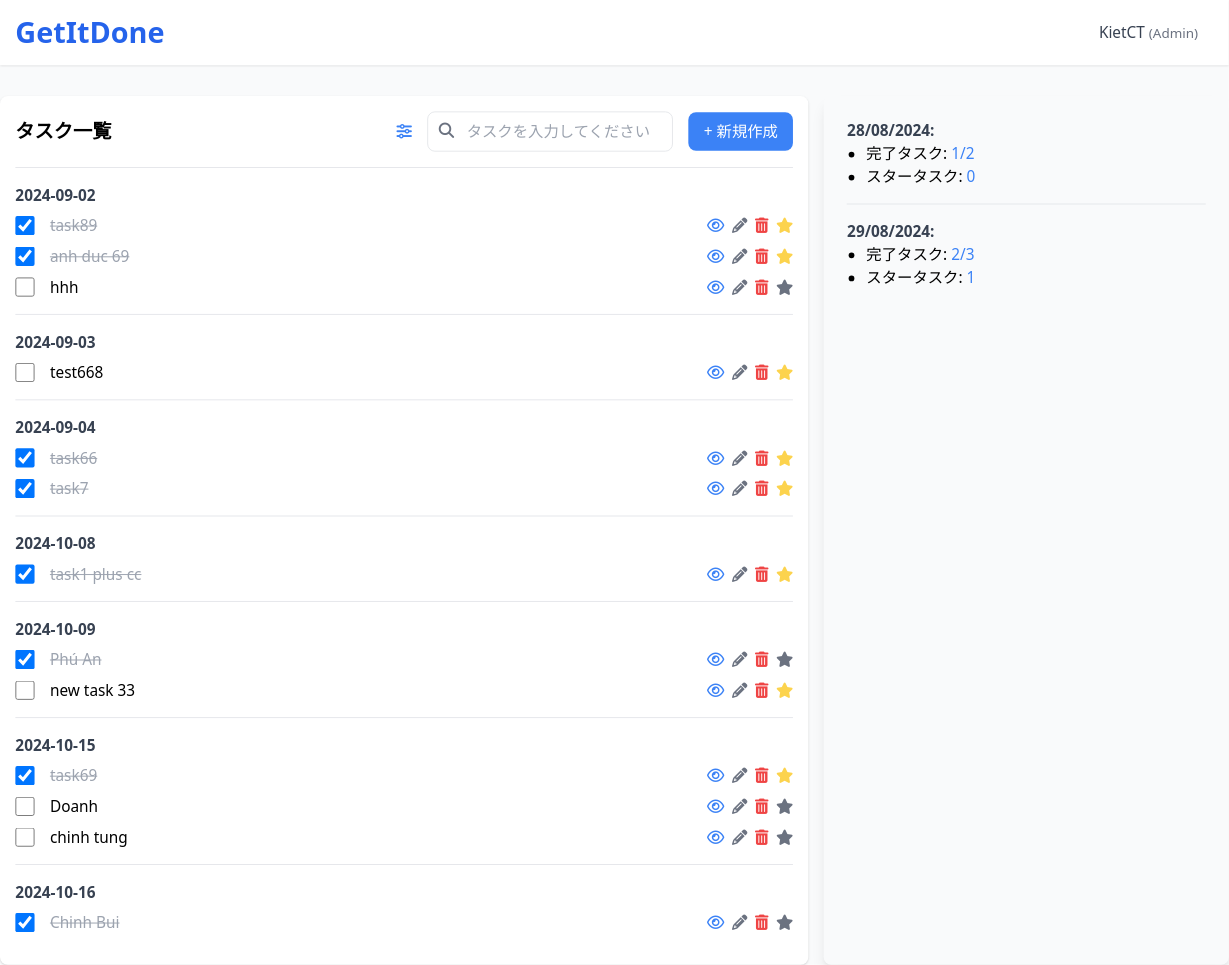
Repository: TuanAnhNguyen723/todolist
Page: http://localhost/mainscreen/mainscreen.php
These files come from the project's save history. The page is drawn as it stood at one moment and after the next save; the edit follows.
The browser window is 1280 px wide. The pictures show the whole page, at 96% of full size.
Some web libraries are served in a nearby version. The page is run by PHP 8.4 with error messages shown; the project is at /var/www/html/. The database holds what the project's SQL file puts in it.

Above is the page before, as saved 2024-10-02 13:01:45.

### mainscreen/mainscreen.php
<!DOCTYPE html>
<?php
include '../mainscreen/mainscreenController.php';
?>

<html lang="ja">
  <head>
    <meta charset="UTF-8" />
    <meta name="viewport" content="width=device-width, initial-scale=1.0" />
    <title>GetItDone Task List</title>
    <link
      href="https://cdn.jsdelivr.net/npm/tailwindcss@2.2.19/dist/tailwind.min.css"
      rel="stylesheet"
    />
    <link
      rel="stylesheet"
      href="https://cdnjs.cloudflare.com/ajax/libs/font-awesome/6.6.0/css/all.min.css"
    />

    <link href="./mainscreen.css">
    <script src="./mainscreen.js" defer></script>
  </head>
  <body class="bg-gray-50">
    <!-- Header Section -->
    <header class="bg-white shadow p-4 flex justify-between items-center">
      <div class="flex items-center">
        <h1 class="text-3xl font-bold text-blue-600">GetItDone</h1>
      </div>
      <div class="flex items-center">
        <span class="text-gray-700 mr-4"
          >KietCT <span class="text-sm text-gray-500">(Admin)</span></span
        >
      </div>
    </header>

    <!-- Main Section -->
    <main class="container mx-auto mt-8">
      <div class="flex justify-between">
        <!-- Task List -->
        <div class="w-2/3 bg-white p-4 shadow rounded-lg">
          <div class="flex justify-between items-center mb-4">
            <!-- Task List Title -->
            <h2 class="text-xl font-bold">タスク一覧</h2>

            <div class="flex items-center space-x-4">
              <!-- Filter Icon -->
              <button class="text-blue-500 hover:text-gray-700">
                <i class="fas fa-sliders-h"></i>
              </button>

              <!-- Search Input with Icon -->
              <div class="relative">
                <input
                  type="text"
                  class="border rounded-lg pl-10 pr-3 py-2 w-64"
                  placeholder="タスクを入力してください"
                />
                <!-- Search Icon -->
                <i
                  class="fas fa-search absolute left-3 top-3 text-gray-500"
                ></i>
              </div>

              <!-- New Task Button -->
              <button
                class="newtask bg-blue-500 text-white px-4 py-2 rounded-lg"
              >
                + 新規作成
              </button>
            </div>
          </div>

          <!-- Task Groups by Date -->
          <div class="task-container">
          <?php foreach ($tasks_by_date as $date => $tasks): ?>
            <div class="mb-4 border-t pt-4">
              <h3 class="font-bold text-gray-700"><?php echo htmlspecialchars($date); ?></h3>

              <?php foreach ($tasks as $task): ?>
                <div class="flex justify-between items-center space-x-4 my-2">
                  <div class="flex items-center space-x-4">
                    <input
                      type="checkbox"
                      class="form-checkbox h-5 w-5 toggle-complete"
                      data-task-id="<?php echo $task['task_id']; ?>"
                      <?php echo $task['checked'] ? 'checked' : ''; ?>
                    />
                    <span class="task-text <?php echo $task['checked'] ? 'line-through text-gray-400' : ''; ?>">
                      <?php echo htmlspecialchars($task['title']); ?>
                    </span>
                  </div>
                  <div class="flex space-x-2">
                    <!-- Nút xem chi tiết -->
                    <button class="text-blue-500 hover:text-blue-700">
                      <i class="fa fa-eye"></i>
                    </button>

                    <!-- Nút sửa -->
                    <button class="text-gray-500 hover:text-gray-700 edit-task-button" data-task-id="<?php echo $task['task_id']; ?>">
                      <i class="fa fa-pencil"></i>
                    </button>

                    <!-- Nút xóa -->
                    <form action="./mainscreenController.php" method="POST" style="display:inline;">
                      <input type="hidden" name="task_id" value="<?php echo $task['task_id']; ?>">
                      <button type="submit" name="delete_task" class="text-red-500 hover:text-red-700">
                        <i class="fa fa-trash"></i>
                      </button>
                    </form>

                    <!-- Nút ngôi sao với điều kiện -->
                    <button class="text-gray-500 hover:text-yellow-300 star-icon <?php echo $task['star'] ? 'text-yellow-300' : ''; ?>">
                      <i class="fa fa-star"></i>
                    </button>
                  </div>
                </div>
              <?php endforeach; ?>



            </div>
          <?php endforeach; ?>


          </div>
        </div>

        <!-- Task Completion Summary -->
        <div
          id="task-summary"
          class="w-1/3 bg-grey-900 p-6 rounded-lg shadow-lg ml-4"
        >
          <h3 class="font-bold text-gray-700">28/08/2024:</h3>
          <ul class="list-disc pl-5">
            <li>完了タスク: <span class="text-blue-500">1/2</span></li>
            <li>スタータスク: <span class="text-blue-500">0</span></li>
          </ul>

          <h3 class="font-bold text-gray-700 mt-4 border-t pt-4">
            29/08/2024:
          </h3>
          <ul class="list-disc pl-5">
            <li>完了タスク: <span class="text-blue-500">2/3</span></li>
            <li>スタータスク: <span class="text-blue-500">1</span></li>
          </ul>
        </div>

        <!-- Task Add Modal -->
        <div id="taskAddModal" class="fixed z-50 inset-0 overflow-y-auto hidden">
          <div class="flex items-center justify-center min-h-screen bg-black bg-opacity-50">
            <div class="relative bg-white w-96 p-6 rounded-lg shadow-lg">
              <!-- Close Button -->
              <button id="closeModal" class="absolute top-2 right-2 text-gray-500 hover:text-gray-700">
                <i class="fas fa-times"></i>
              </button>

              <!-- Modal Title -->
              <h2 class="text-2xl font-bold mb-4">タスク追加</h2>

              <!-- Form -->

              <form action="mainscreenController.php" method="POST">
                <!-- Task Title -->
                <input
                  name="title"
                  type="text"
                  placeholder="タイトルが入力してください"
                  class="title w-full border border-gray-300 p-2 rounded-lg mb-4"
                />

                <!-- Date Pickers -->
                <div class="flex justify-between space-x-4 mb-4">
                  <div class="w-1/2 relative">
                    <label for="time_start" class="sr-only">Start Date</label>
                    <input
                      type="date"
                      name="time_start"
                      class="w-full border border-gray-300 p-2 rounded-lg"
                    />
                  </div>
                  <div class="w-1/2 relative">
                    <label for="time_end" class="sr-only">End Date</label>
                    <input
                      type="date"
                      name="time_end"
                      class="w-full border border-gray-300 p-2 rounded-lg"
                    />
                  </div>
                </div>

                <!-- Task Description -->
                <textarea
                  name="description"
                  placeholder="ディスクリプが入力してください"
                  class="w-full border border-gray-300 p-2 rounded-lg mb-4"
                  rows="4"
                ></textarea>

                <!-- Buttons -->
                <div class="flex justify-between">
                  <button
                    type="submit"
                    class="bg-blue-500 text-white px-4 py-2 rounded-lg w-full mr-2"
                  >
                    作成
                  </button>
                  <button
                    type="button"
                    class="border border-blue-500 text-blue-500 px-4 py-2 rounded-lg w-full"
                    id="cancelButton"
                  >
                    キャンセル
                  </button>
                </div>
              </form>

            </div>
          </div>
        </div>

        <!-- Filter Modal -->
        <div
          id="filterModal"
          class="fixed inset-0 bg-black bg-opacity-30 flex justify-center items-center hidden"
        >
          <div class="bg-white p-6 rounded-lg shadow-lg w-80">
            <h2 class="text-xl font-bold mb-4">フィルターオプション</h2>

            <!-- Status Dropdown -->
            <div class="mb-4 relative">
              <label class="block text-gray-700 font-semibold"
                >ステータス</label
              >
              <button
                id="statusButton"
                class="bg-gray-200 border border-gray-300 p-2 w-full text-left rounded-lg flex justify-between items-center"
              >
                <span id="statusText">全ステータス</span>
                <i class="fas fa-chevron-down"></i>
              </button>

              <ul
                id="statusDropdown"
                class="absolute bg-white border border-gray-300 rounded-lg w-full hidden mt-1 z-10"
              >
                <li
                  class="p-2 hover:bg-blue-500 hover:text-white cursor-pointer"
                  data-value="全ステータス"
                >
                  全ステータス
                </li>
                <li
                  class="p-2 hover:bg-blue-500 hover:text-white cursor-pointer"
                  data-value="完了"
                >
                  完了
                </li>
                <li
                  class="p-2 hover:bg-blue-500 hover:text-white cursor-pointer"
                  data-value="未完了"
                >
                  未完了
                </li>
              </ul>
            </div>

            <!-- Date Picker -->
            <div class="flex items-center mb-4">
              <i class="fas fa-calendar mr-2"></i>
              <span>締め切り</span>
            </div>

            <!-- Star Task Checkbox -->
            <div class="flex items-center mb-4">
              <input type="checkbox" id="starTask" class="mr-2" />
              <label for="starTask">スタータスク</label>
            </div>

            <!-- Buttons -->
            <div class="flex justify-between">
              <button
                id="resetButton"
                class="bg-gray-300 text-gray-700 px-4 py-2 rounded-lg"
              >
                リセット
              </button>
              <button
                id="applyButton"
                class="bg-blue-500 text-white px-4 py-2 rounded-lg"
              >
                適用
              </button>
            </div>
          </div>
        </div>


     <!-- Modal chỉnh sửa task -->
      <div id="taskEditModal" class="fixed z-50 inset-0 overflow-y-auto hidden">
        <div class="flex items-center justify-center min-h-screen bg-black bg-opacity-50">
          <div class="relative bg-white w-96 p-6 rounded-lg shadow-lg">
            <!-- Close Button -->
            <button id="closeEditModal" class="absolute top-2 right-2 text-gray-500 hover:text-gray-700">
              <i class="fas fa-times"></i>
            </button>



            <!-- Modal Content -->
            <h2 class="text-2xl font-bold mb-4">タスク編集</h2>
            <!-- Form -->
            <form id="editTaskForm" action="mainscreenController.php" method="POST">
              <!-- Task ID (ẩn) để biết nhiệm vụ nào cần chỉnh sửa -->
              <input type="hidden" name="edit_task_id" value="">

              <!-- Task Title -->
              <input name="edit_title" type="text" placeholder="タイトルを入力してください" class="edit-title w-full border border-gray-300 p-2 rounded-lg mb-4" />

              <!-- Date Pickers -->
              <div class="flex justify-between space-x-4 mb-4">
                <div class="w-1/2 relative">
                  <label for="edit_time_start" class="sr-only">Start Date</label>
                  <input type="date" name="edit_time_start" class="edit-time-start w-full border border-gray-300 p-2 rounded-lg" />
                </div>
                <div class="w-1/2 relative">
                  <label for="edit_time_end" class="sr-only">End Date</label>
                  <input type="date" name="edit_time_end" class="edit-time-end w-full border border-gray-300 p-2 rounded-lg" />
                </div>
              </div>

              <!-- Task Description -->
              <textarea name="edit_description" placeholder="ディスクリプションを入力してください" class="edit-description w-full border border-gray-300 p-2 rounded-lg mb-4" rows="4"></textarea>

              <!-- Buttons -->
              <div class="flex justify-between">
                <button id="saveEditButton" class="bg-blue-500 text-white px-4 py-2 rounded-lg w-full mr-2">
                  保存
                </button>
                <button type="button" class="border border-blue-500 text-blue-500 px-4 py-2 rounded-lg w-full" id="cancelEditButton">
                  キャンセル
                </button>
              </div>
            </form>
          </div>
        </div>
      </div>

      </div>
    </main>

    <!-- Icons FontAwesome -->
    <script src="https://kit.fontawesome.com/a076d05399.js"></script>
  </body>
</html>

### config.php
<?php
define('DB_SERVER', 'localhost');
define('DB_USERNAME', 'root');
define('DB_PASSWORD', '');
define('DB_NAME', 'todolistdb');

$conn = mysqli_connect(DB_SERVER, DB_USERNAME, DB_PASSWORD, DB_NAME);



if($conn === false){
    die("ERROR: Could not connect. " . mysqli_connect_error());
}
?>

### todolistdb.sql (the tables this page reads)
CREATE TABLE `task` (
  `task_id` int(11) NOT NULL,
  `title` varchar(255) NOT NULL,
  `description` varchar(255) NOT NULL,
  `time_start` date NOT NULL,
  `time_end` date NOT NULL,
  `checked` tinyint(1) NOT NULL,
  `user_id` varchar(10) NOT NULL,
  `grouptask_id` varchar(10) NOT NULL,
  `star` tinyint(1) NOT NULL
) ENGINE=InnoDB DEFAULT CHARSET=utf8mb4 COLLATE=utf8mb4_general_ci;

INSERT INTO `task` (`task_id`, `title`, `description`, `time_start`, `time_end`, `checked`, `user_id`, `grouptask_id`, `star`) VALUES
(26, 'task89', 'test89', '2024-09-02', '2024-09-11', 1, 'some_user_', 'some_group', 1),
(28, 'task1 plus  cc', 'test1 plus cc', '2024-10-08', '2024-09-10', 1, 'some_user_', 'some_group', 1),
(30, 'task66', 'test66', '2024-09-04', '2024-09-13', 1, 'some_user_', 'some_group', 1),
(36, 'task69', 'test69\r\n', '2024-10-15', '2024-10-17', 1, 'some_user_', 'some_group', 1),
(38, 'task7', 'test7', '2024-09-04', '2024-10-15', 1, 'some_user_', 'some_group', 1),
(42, 'Doanh', 'đần', '2024-10-15', '2024-10-14', 0, 'some_user_', 'some_group', 0),
(46, 'Phú An', 'An ', '2024-10-09', '2024-10-14', 1, 'some_user_', 'some_group', 0),
(56, 'Chinh Bui', 'tft', '2024-10-16', '2024-10-21', 1, 'some_user_', 'some_group', 0),
(58, '              anh duc 69            ', 'anh duc 69', '2024-09-02', '2024-10-08', 1, 'some_user_', 'some_group', 1),
(59, '                            test668                        ', 'test668', '2024-09-03', '2024-10-08', 0, 'some_user_', 'some_group', 1),
(61, 'chinh tung', 'tung chinh', '2024-10-15', '2024-10-08', 0, 'some_user_', 'some_group', 0),
(62, 'new task 33', 'new test 3 3', '2024-10-09', '2024-10-11', 0, 'some_user_', 'some_group', 1),
(63, 'hhh', 'hhh', '2024-09-02', '2024-10-07', 0, 'some_user_', 'some_group', 0);

ALTER TABLE `task`
  ADD PRIMARY KEY (`task_id`);

ALTER TABLE `task`
  MODIFY `task_id` int(11) NOT NULL AUTO_INCREMENT, AUTO_INCREMENT=64;

Loaded but not shown: mainscreen/mainscreen.js (298 lines, source omitted); mainscreen/mainscreenController.php (196 lines, source omitted)

After the next save:
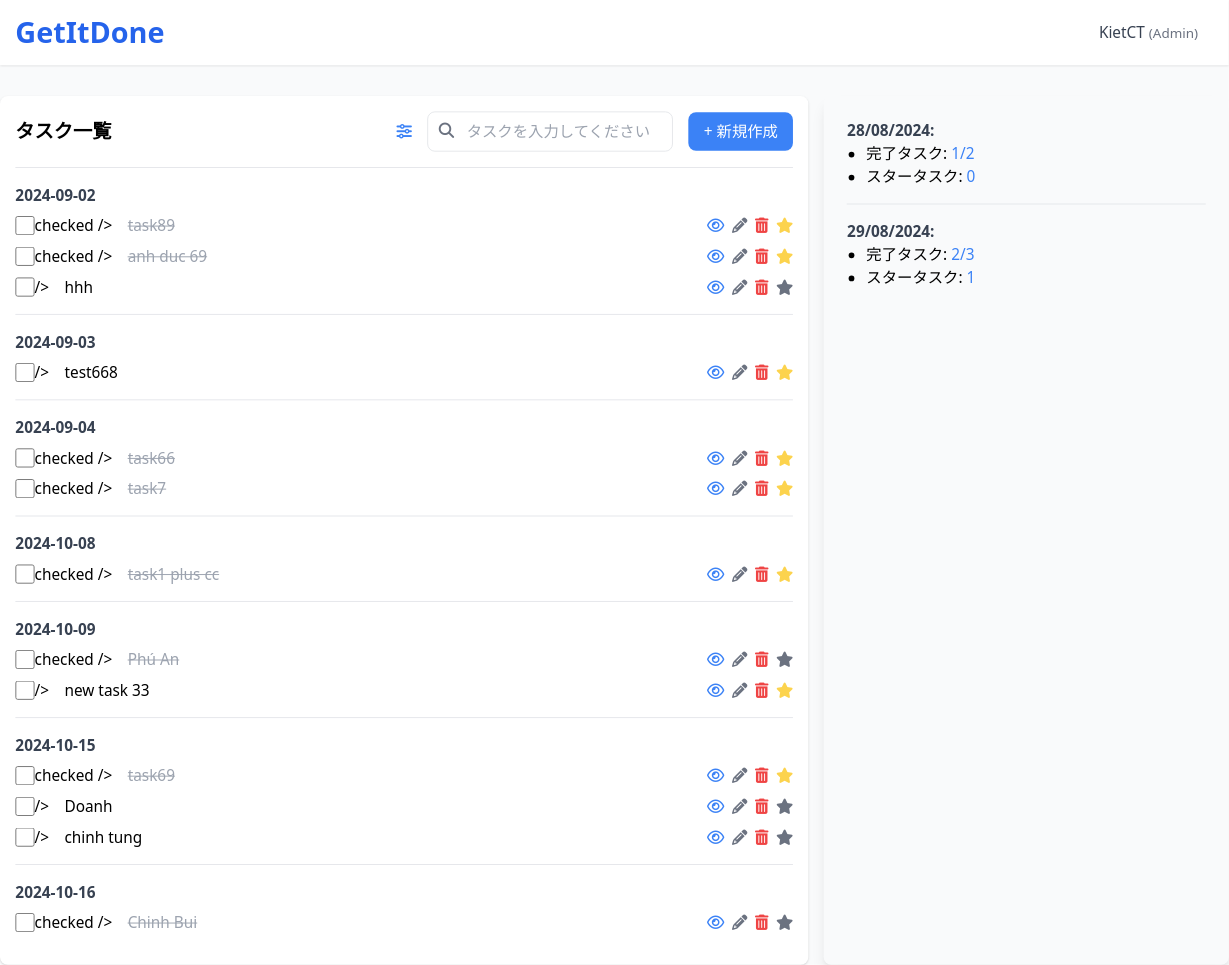
Saved 81 s later.
--- a/mainscreen/mainscreen.php
+++ b/mainscreen/mainscreen.php
@@ -77,44 +77,45 @@
               <h3 class="font-bold text-gray-700"><?php echo htmlspecialchars($date); ?></h3>
 
               <?php foreach ($tasks as $task): ?>
-                <div class="flex justify-between items-center space-x-4 my-2">
-                  <div class="flex items-center space-x-4">
-                    <input
-                      type="checkbox"
-                      class="form-checkbox h-5 w-5 toggle-complete"
-                      data-task-id="<?php echo $task['task_id']; ?>"
-                      <?php echo $task['checked'] ? 'checked' : ''; ?>
-                    />
-                    <span class="task-text <?php echo $task['checked'] ? 'line-through text-gray-400' : ''; ?>">
-                      <?php echo htmlspecialchars($task['title']); ?>
-                    </span>
-                  </div>
-                  <div class="flex space-x-2">
-                    <!-- Nút xem chi tiết -->
-                    <button class="text-blue-500 hover:text-blue-700">
-                      <i class="fa fa-eye"></i>
-                    </button>
-
-                    <!-- Nút sửa -->
-                    <button class="text-gray-500 hover:text-gray-700 edit-task-button" data-task-id="<?php echo $task['task_id']; ?>">
-                      <i class="fa fa-pencil"></i>
-                    </button>
-
-                    <!-- Nút xóa -->
-                    <form action="./mainscreenController.php" method="POST" style="display:inline;">
-                      <input type="hidden" name="task_id" value="<?php echo $task['task_id']; ?>">
-                      <button type="submit" name="delete_task" class="text-red-500 hover:text-red-700">
-                        <i class="fa fa-trash"></i>
-                      </button>
-                    </form>
-
-                    <!-- Nút ngôi sao với điều kiện -->
-                    <button class="text-gray-500 hover:text-yellow-300 star-icon <?php echo $task['star'] ? 'text-yellow-300' : ''; ?>">
-                      <i class="fa fa-star"></i>
-                    </button>
-                  </div>
-                </div>
-              <?php endforeach; ?>
+  <div class="flex justify-between items-center space-x-4 my-2">
+    <div class="flex items-center space-x-4">
+      <input
+        type="checkbox"
+        class="form-checkbox h-5 w-5 toggle-complete"
+        data-task-id="<?php echo $task['task_id']; ?>"  <!-- Thêm thuộc tính data-task-id -->
+        <?php echo $task['checked'] ? 'checked' : ''; ?>
+      />
+      <span class="task-text <?php echo $task['checked'] ? 'line-through text-gray-400' : ''; ?>">
+        <?php echo htmlspecialchars($task['title']); ?>
+      </span>
+    </div>
+    <div class="flex space-x-2">
+      <!-- Nút xem chi tiết -->
+      <button class="text-blue-500 hover:text-blue-700">
+        <i class="fa fa-eye"></i>
+      </button>
+
+      <!-- Nút sửa -->
+      <button class="text-gray-500 hover:text-gray-700 edit-task-button" data-task-id="<?php echo $task['task_id']; ?>">
+        <i class="fa fa-pencil"></i>
+      </button>
+
+      <!-- Nút xóa -->
+      <form action="./mainscreenController.php" method="POST" style="display:inline;">
+        <input type="hidden" name="task_id" value="<?php echo $task['task_id']; ?>">
+        <button type="submit" name="delete_task" class="text-red-500 hover:text-red-700">
+          <i class="fa fa-trash"></i>
+        </button>
+      </form>
+
+      <!-- Nút ngôi sao với điều kiện -->
+      <button class="text-gray-500 hover:text-yellow-300 star-icon <?php echo $task['star'] ? 'text-yellow-300' : ''; ?>">
+        <i class="fa fa-star"></i>
+      </button>
+    </div>
+  </div>
+<?php endforeach; ?>
+
 
 
 

After the save that followed:
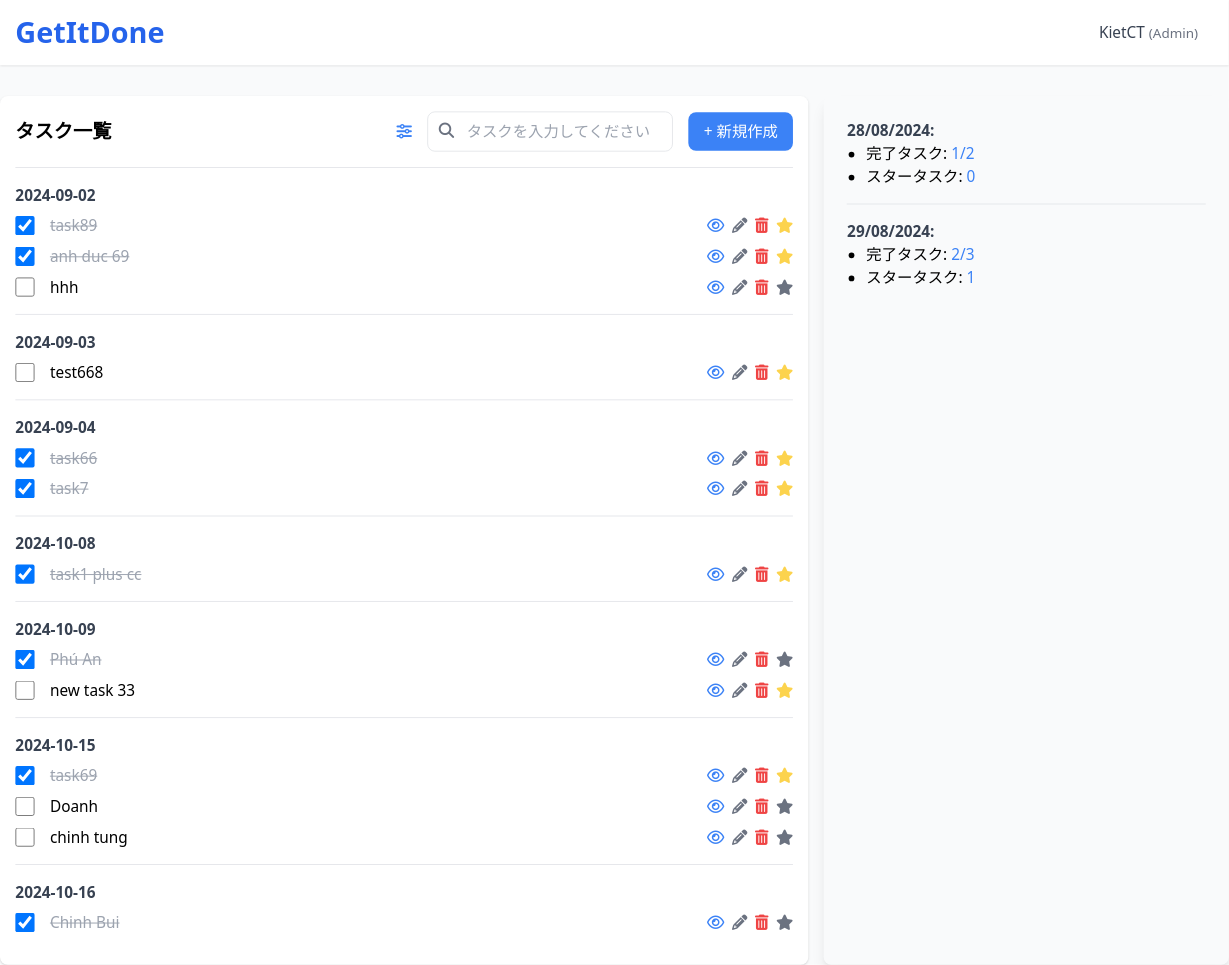
Saved 10 s later.
--- a/mainscreen/mainscreen.php
+++ b/mainscreen/mainscreen.php
@@ -82,7 +82,7 @@
       <input
         type="checkbox"
         class="form-checkbox h-5 w-5 toggle-complete"
-        data-task-id="<?php echo $task['task_id']; ?>"  <!-- Thêm thuộc tính data-task-id -->
+        data-task-id="<?php echo $task['task_id']; ?>"
         <?php echo $task['checked'] ? 'checked' : ''; ?>
       />
       <span class="task-text <?php echo $task['checked'] ? 'line-through text-gray-400' : ''; ?>">
